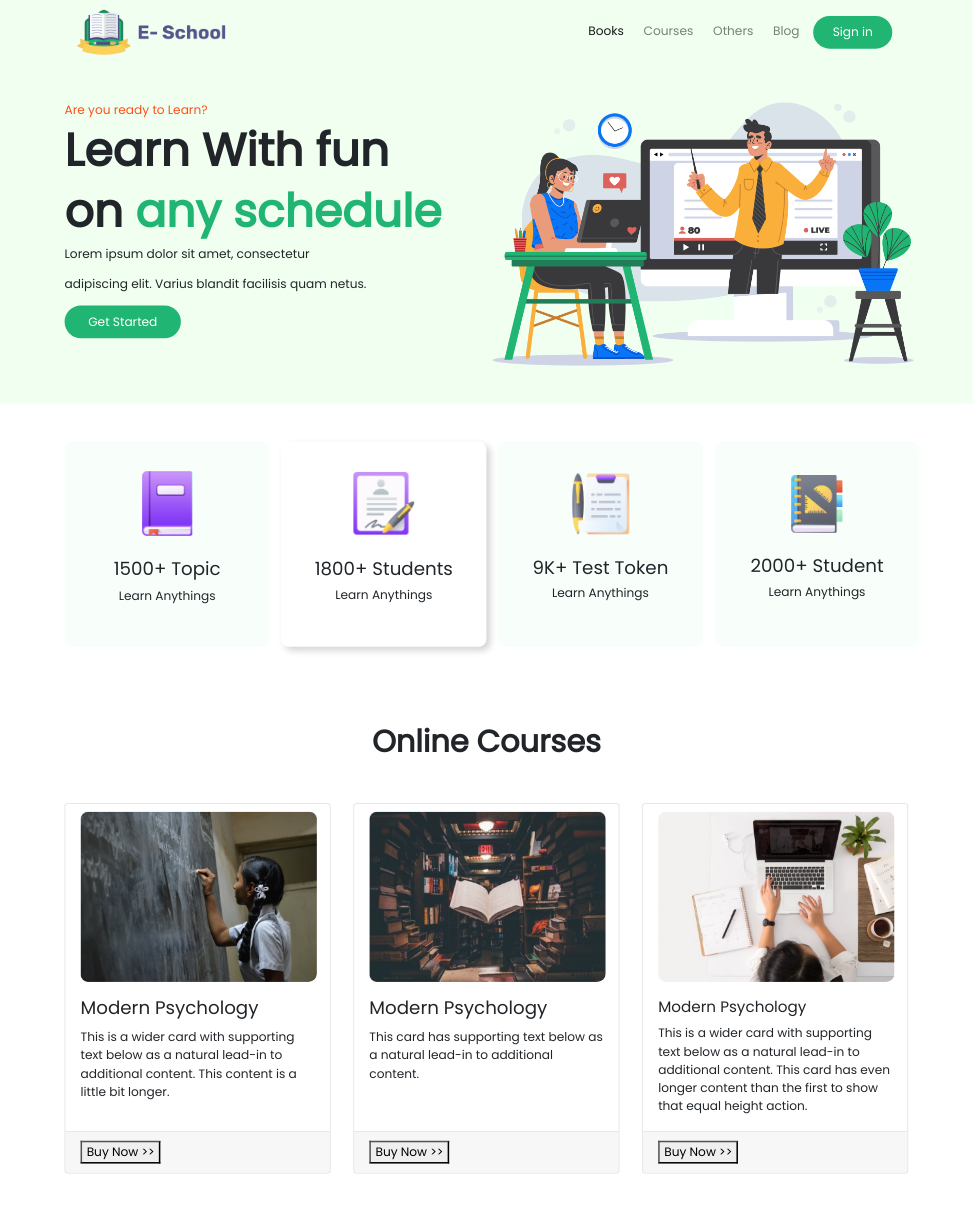
Repository: mohsinfarabi/e-school
Page: index.html
These files come from the project's save history. The page is drawn as it stood at one moment and after the next save; the edit follows.
The browser window is 1280 px wide. The pictures show the whole page, at 76% of full size.

Above is the page before, as saved 2020-07-08 19:13:48.

After the next save:
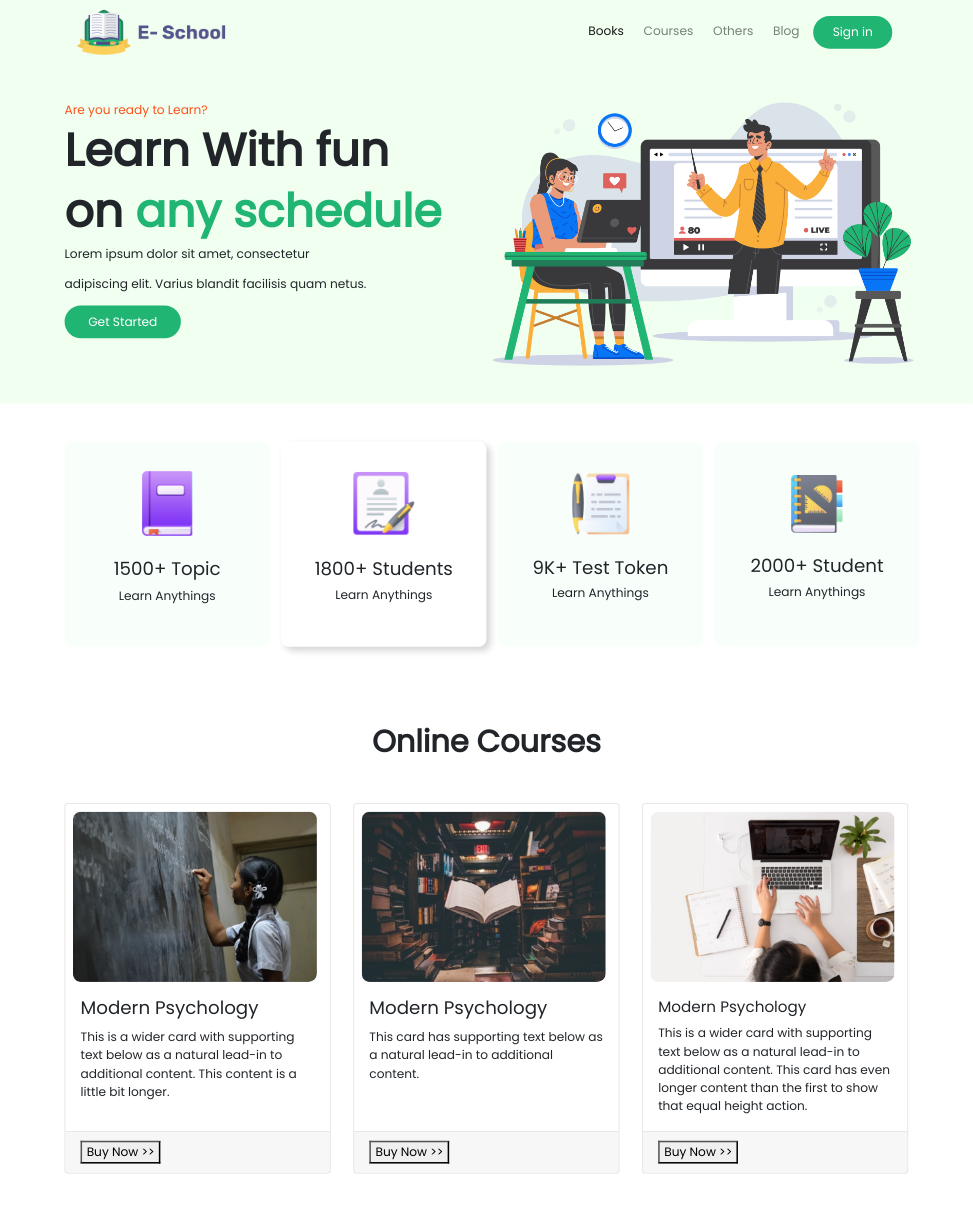
Saved 5 s later.
--- a/style.css
+++ b/style.css
@@ -125,5 +125,5 @@
     height: 234px;
     border-radius: 11px;
     padding-top: 10px;
-    padding-left: 20px;
+    padding-left: 10px;
 }

After the save that followed:
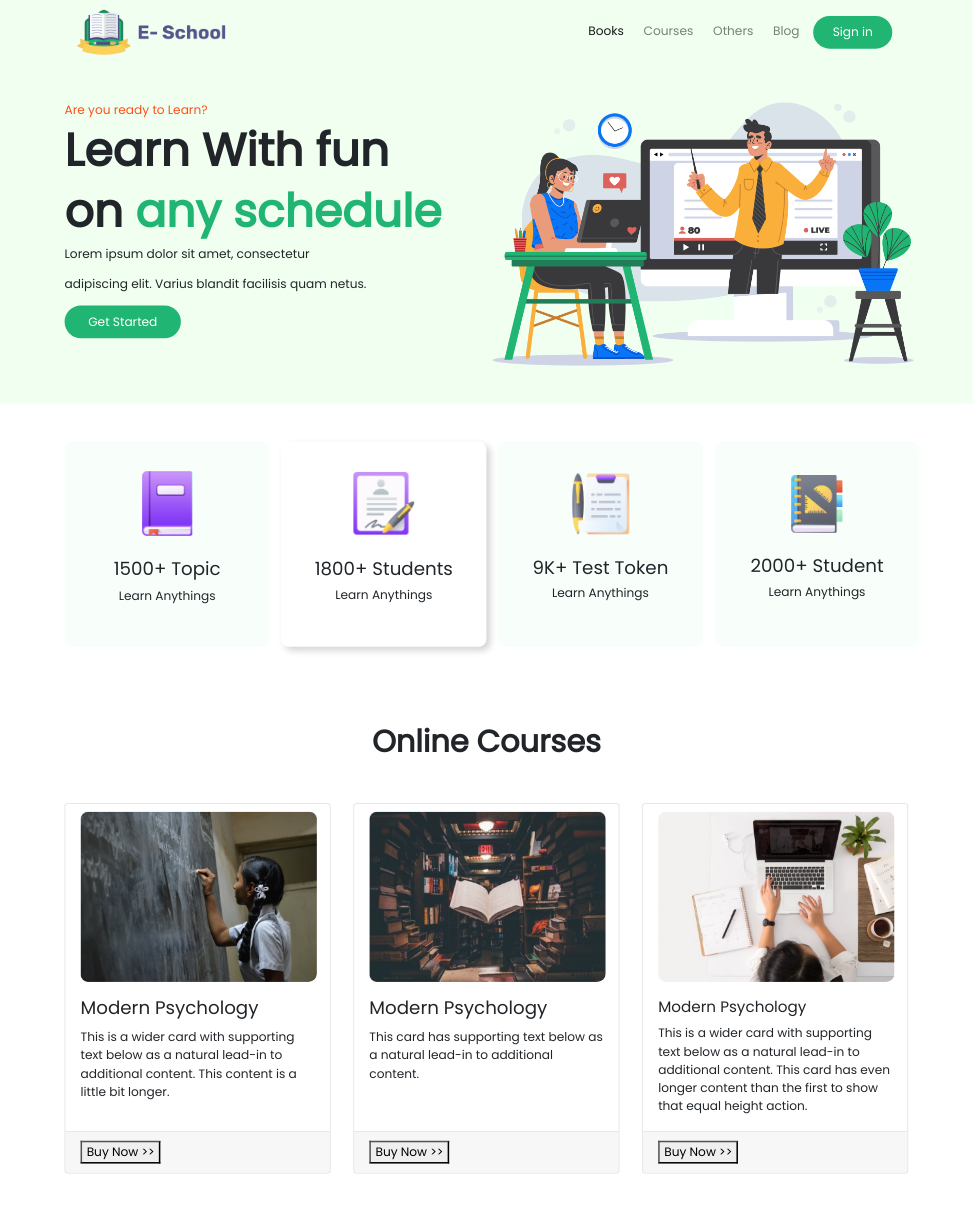
Saved 6 s later.
--- a/style.css
+++ b/style.css
@@ -125,5 +125,5 @@
     height: 234px;
     border-radius: 11px;
     padding-top: 10px;
-    padding-left: 10px;
+    padding-left: 20px;
 }
